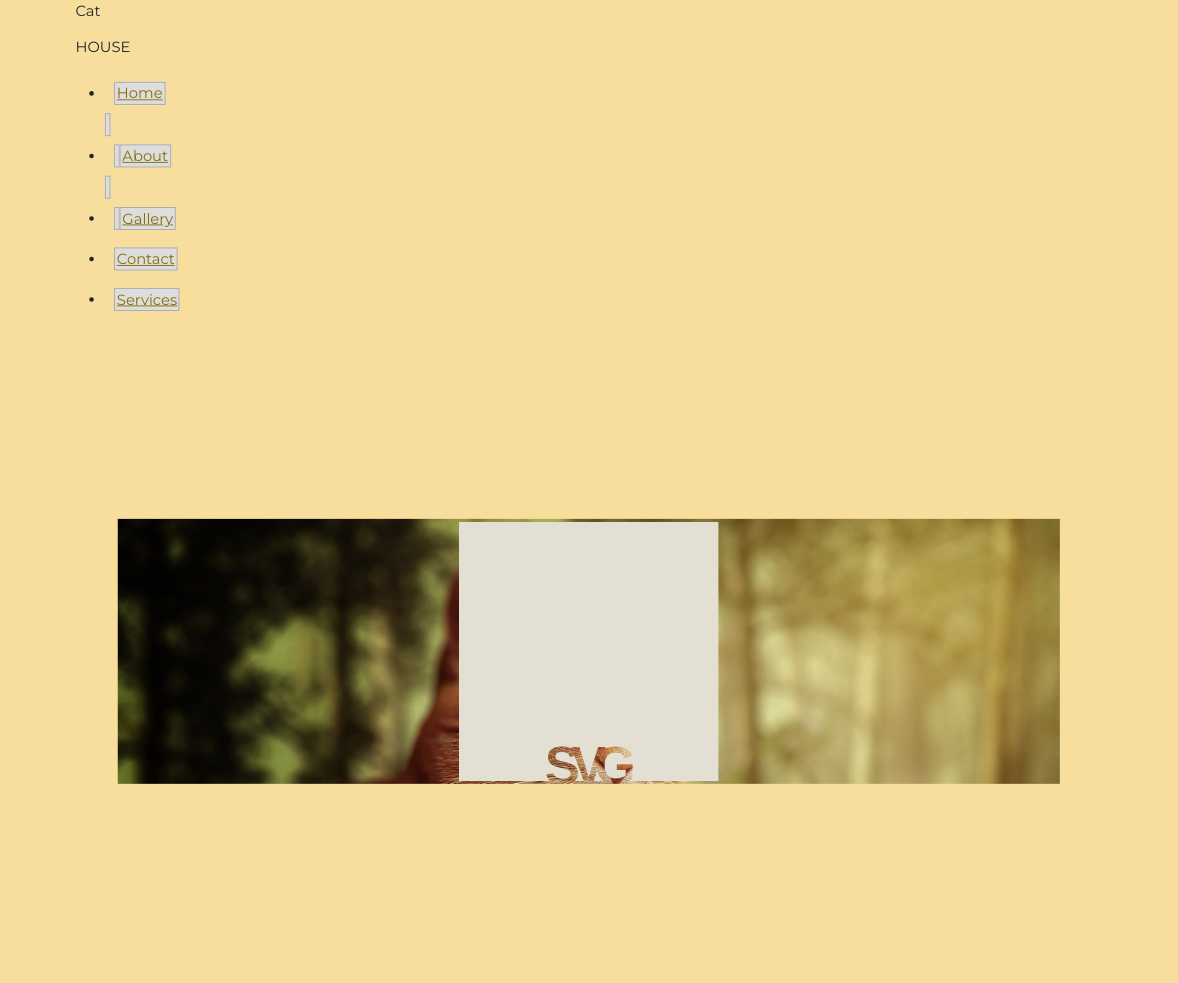
Repository: raul4264/final
Page: prueba.html
These files come from the project's save history. The page is drawn as it stood at one moment and after the next save; the edit follows.
The browser window is 1280 px wide. The pictures show the whole page, at 92% of full size.

Above is the page before, as saved 2021-03-27 11:20:23.

### prueba.html
<!DOCTYPE html>
<html lang="en">

<head>
    <meta charset="UTF-8">
    <meta http-equiv="X-UA-Compatible" content="IE=edge">
    <meta name="viewport" content="width=device-width, initial-scale=1.0">
    <title>Document</title>
    <link href="https://cdn.jsdelivr.net/npm/bootstrap@5.0.0-beta3/dist/css/bootstrap.min.css" rel="stylesheet"
        integrity="sha384-eOJMYsd53ii+scO/bJGFsiCZc+5NDVN2yr8+0RDqr0Ql0h+rP48ckxlpbzKgwra6" crossorigin="anonymous">
    <script src="https://cdn.jsdelivr.net/npm/@popperjs/core@2.9.1/dist/umd/popper.min.js"
        integrity="sha384-SR1sx49pcuLnqZUnnPwx6FCym0wLsk5JZuNx2bPPENzswTNFaQU1RDvt3wT4gWFG"
        crossorigin="anonymous"></script>
    <script src="https://cdn.jsdelivr.net/npm/bootstrap@5.0.0-beta3/dist/js/bootstrap.min.js"
        integrity="sha384-j0CNLUeiqtyaRmlzUHCPZ+Gy5fQu0dQ6eZ/xAww941Ai1SxSY+0EQqNXNE6DZiVc"
        crossorigin="anonymous"></script>
    <link rel="stylesheet" href="css/prueba.css">
</head>

<body>
    <div class="container">


        <p>Cat</p>
      <p>HOUSE</p>



            <ul>
                <li ><a href="index.html">Home</li>
                <li ><a href="about.html">About</li>
                <li ><a href="Gallery.html">Gallery</a></li>
                <li ><a href="Contact.html">Contact</a></li>
                <li><a href="Services.html ">Services</a></li>
            </ul>
    </div>




<svg viewbox="0 0 50 50" width="50" height="50">
    <defs>
      <mask id="mask" x="0" y="0" width="100" height="49">
        <rect x="0.5" y="0.5" width="49" height="49" fill="#fff"/>
        <text x="20" text-anchor="middle" y="50" dy="0">S</text>
        <text x="25" id="ltrV" text-anchor="middle" y="50" dy="0">V</text>
        <text x="30" text-anchor="middle" y="50" dy="0">G</text>
      </mask>
    </defs>
    <rect x="0.5" y="0.5" width="49" height="49" mask="url(#mask)" fill-opacity="1" fill="#E3DFD2"/>
  </svg>
</body>
</html>

### css/prueba.css
@import url('https://fonts.googleapis.com/css2?family=Montserrat:wght@400;500&display=swap');
@import url('https://fonts.googleapis.com/css2?family=Montserrat:wght@400;500&family=Poppins:wght@300&display=swap');
* {
    font-family: 'Montserrat', sans-serif;
    margin: 0;
    padding: 0;
}

@media only screen and (max-width:600px) {
    body {
        background-color: rgb(248, 222, 156) !important;
        transition: all .8s ease;
    }
    a {
        background: #DDD;
        color: rgb(134, 111, 6);
        padding: 2px;
        border: 1px solid #AAA;
    }
    a:hover {
        background: #FFF;
        color: #666;
        padding: 8px 14px;
        border: 1px solid #888;
        transition-property: all;
        transition-duration: 0.2s;
        transition-timing-function: ease-in;
    }
    li {
        padding: 10px;
    }
   svg{
  background:url('../images/1.jpg');
  background-size:cover;
  width:80vw; height:auto;
  display:block;
  margin:30vmin auto;
  max-height: 40vh;
    }
    text {
        font-size: 10px;
        transition: font-size .4s ease-out;
        font-weight: 900;
        font-family: arial;
    }
    svg:hover text {
        transition: font-size .4s ease-in;
        font-size: 300px;
    }
}
/*-----------------------------------------------*/
/*                 finMediasQuery
/*-----------------------------------------------*/

body {
  background-color: rgb(248, 222, 156) !important;
  transition: all .8s ease;
}
a {
  background: #DDD;
  color: rgb(134, 111, 6);
  padding: 2px;
  border: 1px solid #AAA;
}
a:hover {
  background: #FFF;
  color: #666;
  padding: 8px 14px;
  border: 1px solid #888;
  transition-property: all;
  transition-duration: 0.2s;
  transition-timing-function: ease-in;
}
li {
  padding: 10px;
}
svg{
background:url('../images/1.jpg');
background-size:cover;
width:80vw; height:auto;
display:block;
margin:30vmin auto;
max-height: 40vh;
}
text {
  font-size: 10px;
  transition: font-size .4s ease-out;
  font-weight: 900;
  font-family: arial;
}
svg:hover text {
  transition: font-size .4s ease-in;
  font-size: 300px;
}

After the next save:
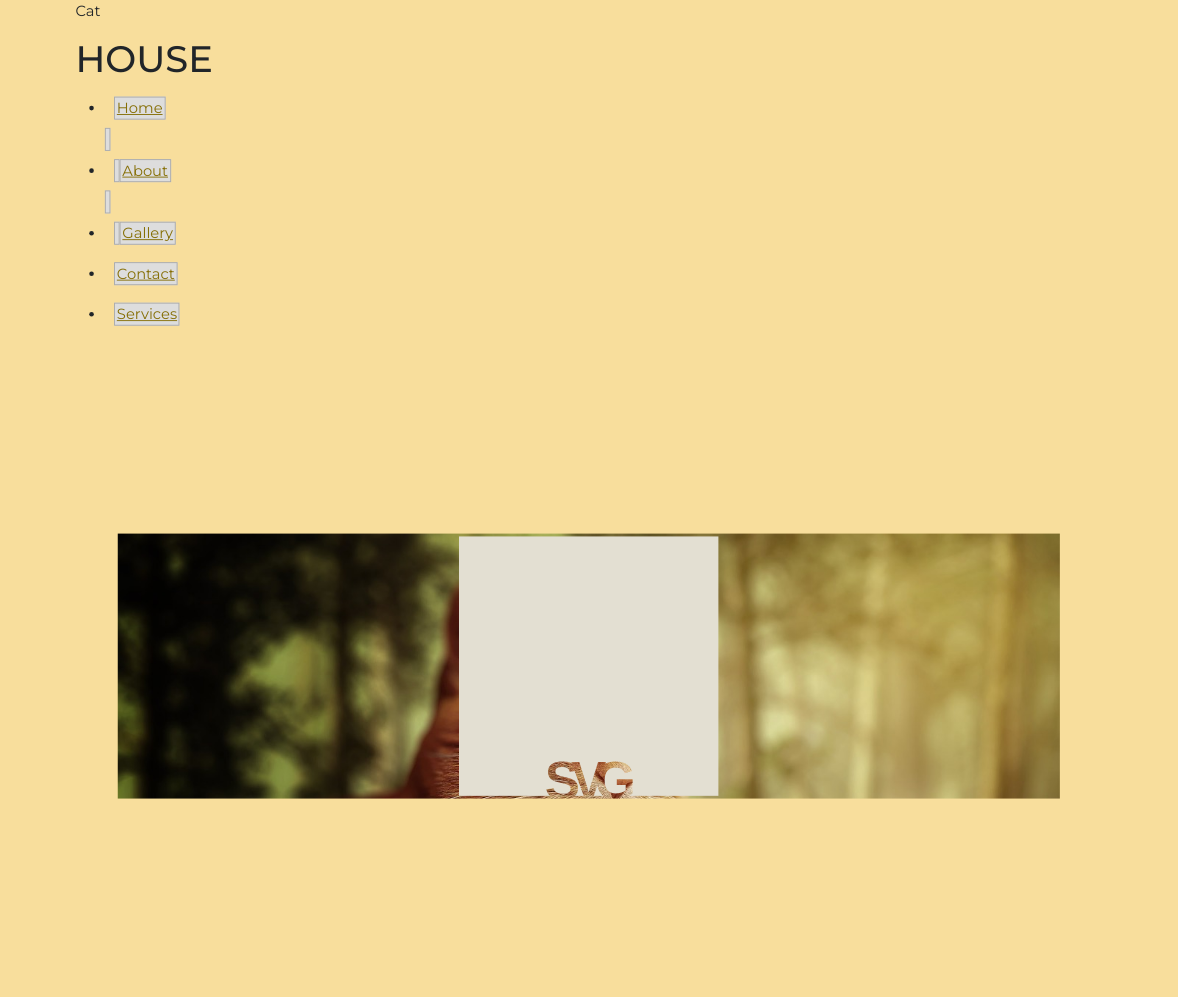
Saved 33 s later.
--- a/prueba.html
+++ b/prueba.html
@@ -22,7 +22,7 @@
 
 
         <p>Cat</p>
-      <p>HOUSE</p>
+      <p class="h1" >HOUSE</p>
 
 
 
